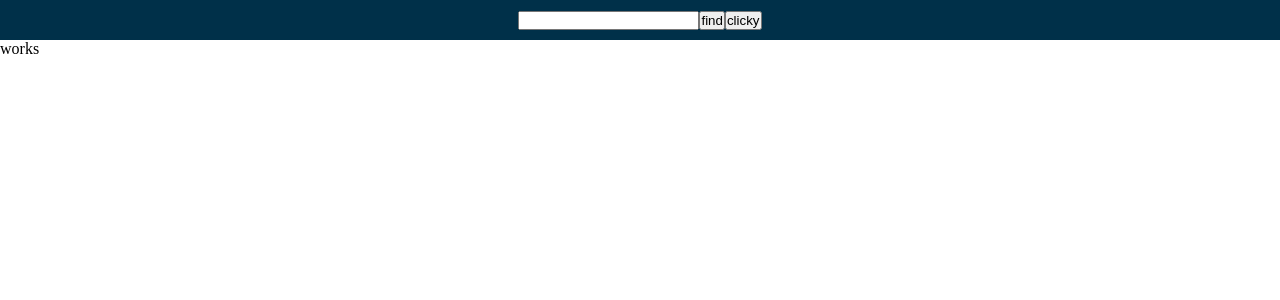
Repository: rutsguifd/uni
Page: / (app in filmhub-react/)
The author's editor kept a copy of each file at every save. The page is drawn from the files as they stood at one save, then again after the next save.
The browser window is 1280 px wide. The pictures show the whole page.
The page's requests for data from a server got no answer. The project was rebuilt for these pictures with package versions that can differ from the ones it lists, and the page was loaded fresh each time. No one was signed in, and anything a server would have sent is missing.

Above is the page before, as saved 2022-04-12 02:36:42.

After the next save:
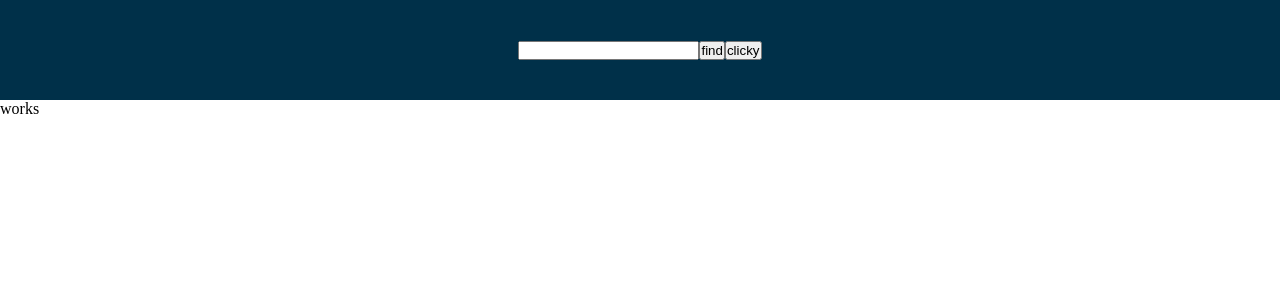
Saved 22 s later.
--- a/filmhub-react/src/styles/Header.css
+++ b/filmhub-react/src/styles/Header.css
@@ -1,6 +1,6 @@
 .header{
     display: flex;
-    height: 40px;
+    height: 100px;
     justify-content: center;
     align-items: center;
     background-color: #003049;

After the save that followed:
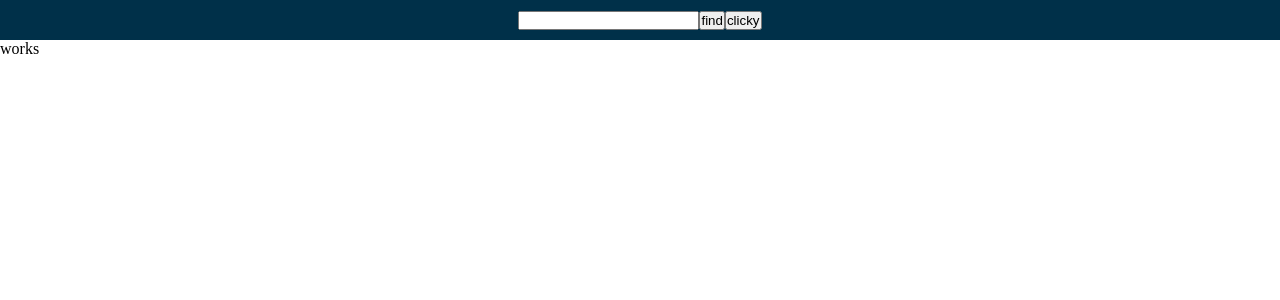
Saved 7 s later.
--- a/filmhub-react/src/styles/Header.css
+++ b/filmhub-react/src/styles/Header.css
@@ -1,6 +1,6 @@
 .header{
     display: flex;
-    height: 100px;
+    height: 40px;
     justify-content: center;
     align-items: center;
     background-color: #003049;
